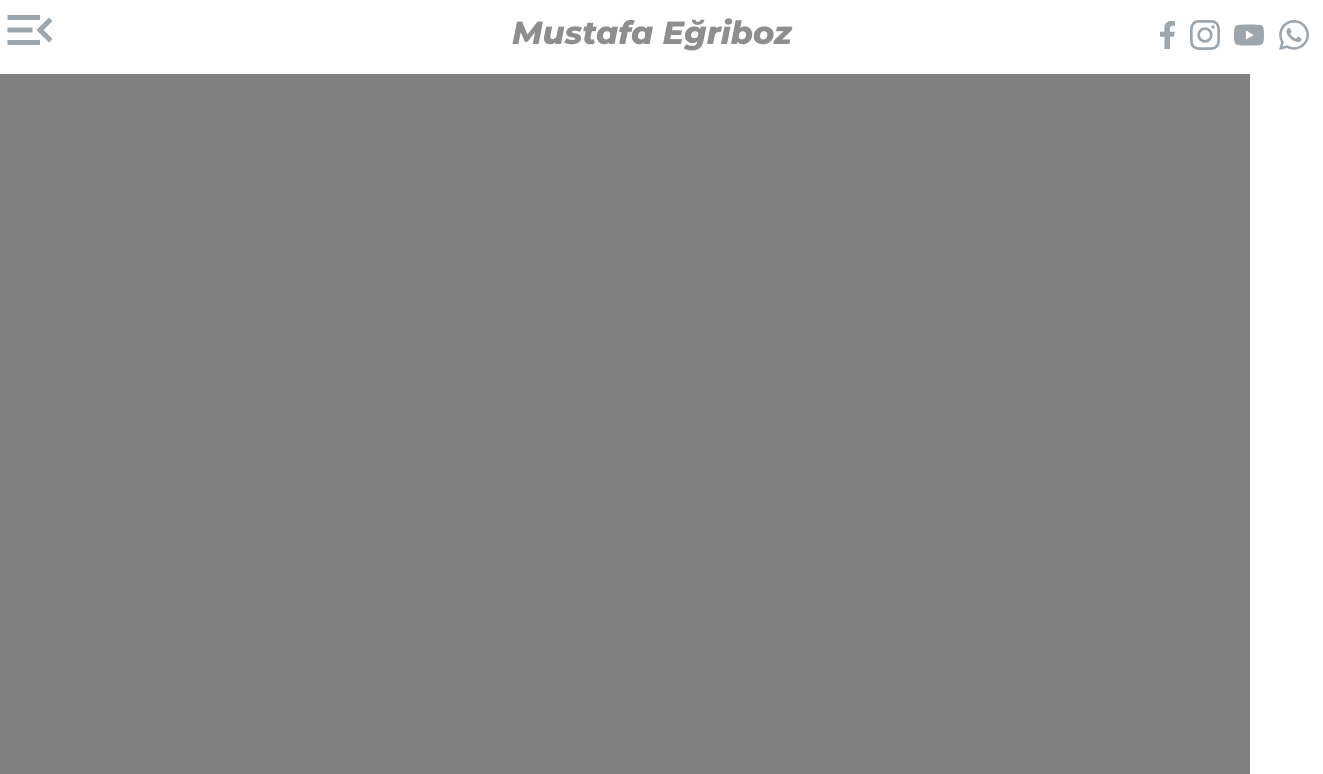
Repository: CengoCengo/m.e-gallery-web-site
Page: index.html
The author's editor kept a copy of each file at every save. The page is drawn from the files as they stood at one save, then again after the next save.
The browser window is 1280 px wide. The page is 1309 px wide, then 1323 px, so the pictures cover 1323 px, including what lies to the right of the window. The pictures show the whole page.

Above is the page before, as saved 2021-02-06 15:19:59.
Console error: TypeError: Cannot read properties of null (reading 'style')

### index.html
<!DOCTYPE html>
<html lang="en">
  <head>
    <meta charset="UTF-8" />
    <meta name="viewport" content="width=device-width, initial-scale=1.0" />
    <link rel="stylesheet" href="styles/style.css" />
    <link rel="preconnect" href="https://fonts.gstatic.com" />
    <link
      href="https://fonts.googleapis.com/css2?family=Montserrat:ital,wght@1,800&display=swap"
      rel="stylesheet"
    />

    <title>Mustafa Eğriboz</title>
  </head>
  <body>
    <!-- Navigator -->
    <div class="menu-container">
      <img
        id="icon-menu"
        src="images/icon/menu_open-black-18dp.svg"
        alt="icon-menu"

      />
      <h1>Mustafa Eğriboz</h1>

      <div class="social-media-container icon-social">
        <a class="icon-social" href=""
          ><img alt="Qries" src="images/icon/facebook-f-brands.svg" width=15"
          height="70"></a
        >

        <a class="icon-social" href=""
          ><img alt="Qries" src="images/icon/instagram-brands.svg" width=30"
          height="70"></a
        >

        <a class="icon-social"  href=""
          ><img alt="Qries" src="images/icon/youtube-brands.svg" width=30"
          height="70"></a
        >

        <a class="icon-social" href=""
          ><img alt="Qries" src="images/icon/whatsapp-brands.svg" width=30"
          height="70"></a
        >
      </div>
    </div>

    <!-- Slider -->

    <div class="slider-container">
      <div class="slider"></div>
    </div>

    <script type="text/javascript" src="js/script.js"></script>
  </body>
</html>

### styles/style.css
*{
    margin: 0;
    padding: 0;
    font-family:  'Montserrat', sans-serif;
    font-weight: lighter;



}

.main-container{
    width: 100%;
}

.menu-container{
    display: inline-block;
    position: relative;
    width: 100%;
    height: auto;



}

#icon-menu{
    display: inline-block;
    width: 60px;
    height: auto;
    margin-bottom: 10px;



}

.menu-container h1{
    display: inline-block;
    position: absolute;
    margin-top: 1%;
    left: 40%;
    color:#8e8e8e;

}

.social-media-container{
    display: inline;
    position: relative;
    width: 100%;
    left: 84%;



}

.icon-social{
    margin-left: 10px;
}




.slider{
    background-color: grey;
    width: 1250px;
    height: 700px;

}

### js/script.js
var x = document.querySelector("p");
x.style.backgroundColor = "red";

After the next save:
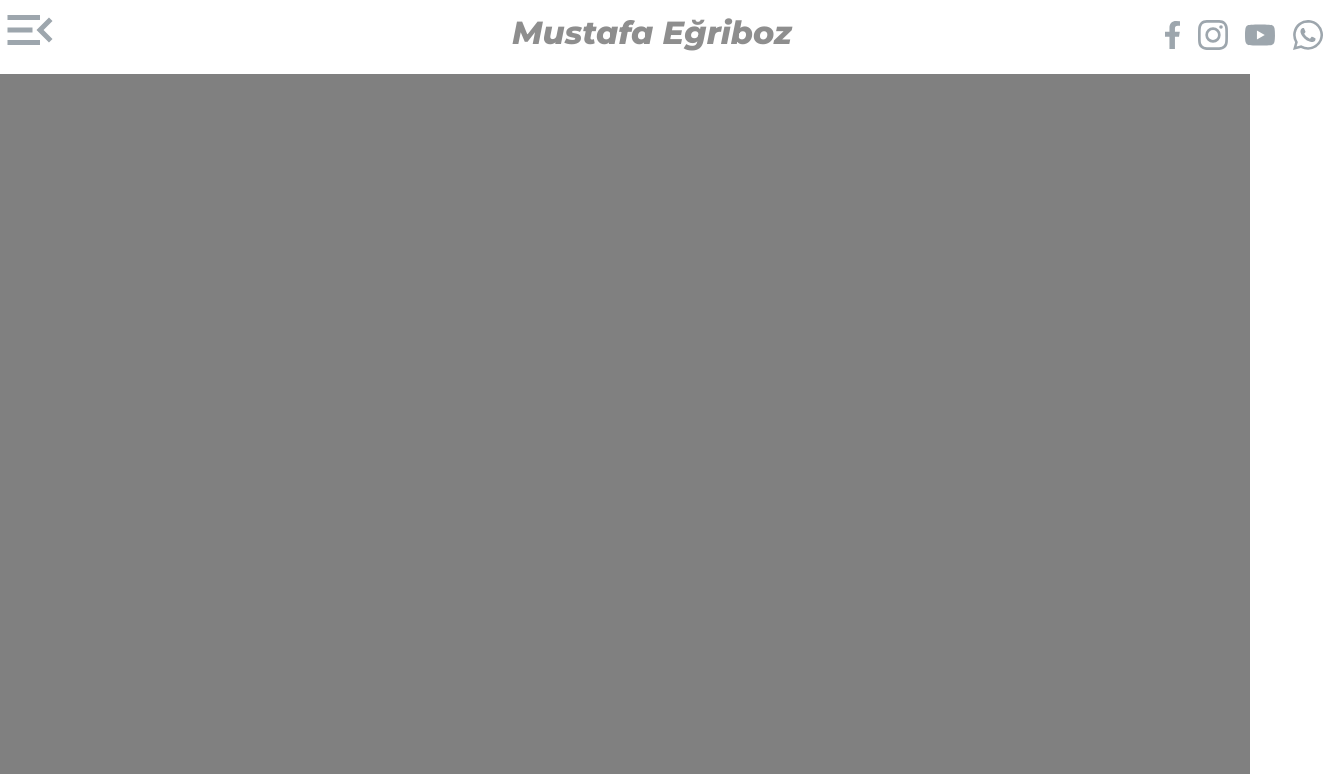
Saved 48 s later.
--- a/styles/style.css
+++ b/styles/style.css
@@ -52,7 +52,7 @@
 }
 
 .icon-social{
-    margin-left: 10px;
+    margin-left: 1%;
 }
 
 
